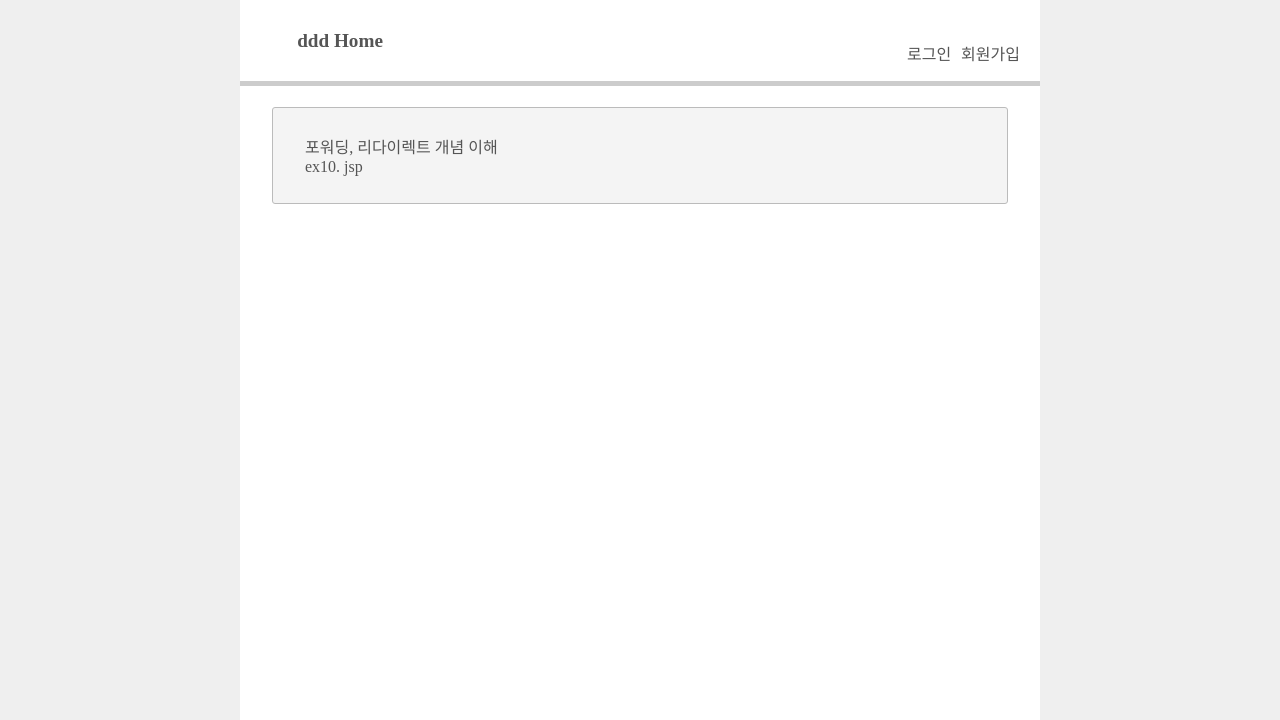
Repository: Deneb0000/JSP
Page: http://localhost/jspPro/days03/ex10.jsp
These files come from the project's save history. The page is drawn as it stood at one moment and after the next save; the edit follows.
The browser window is 1280 px wide. The pictures show the whole page.
Some web fonts or font styles are not loaded; a fallback is used. The page is served by Tomcat 9.

Above is the page before, as saved 2024-10-17 07:48:54.

After the next save:
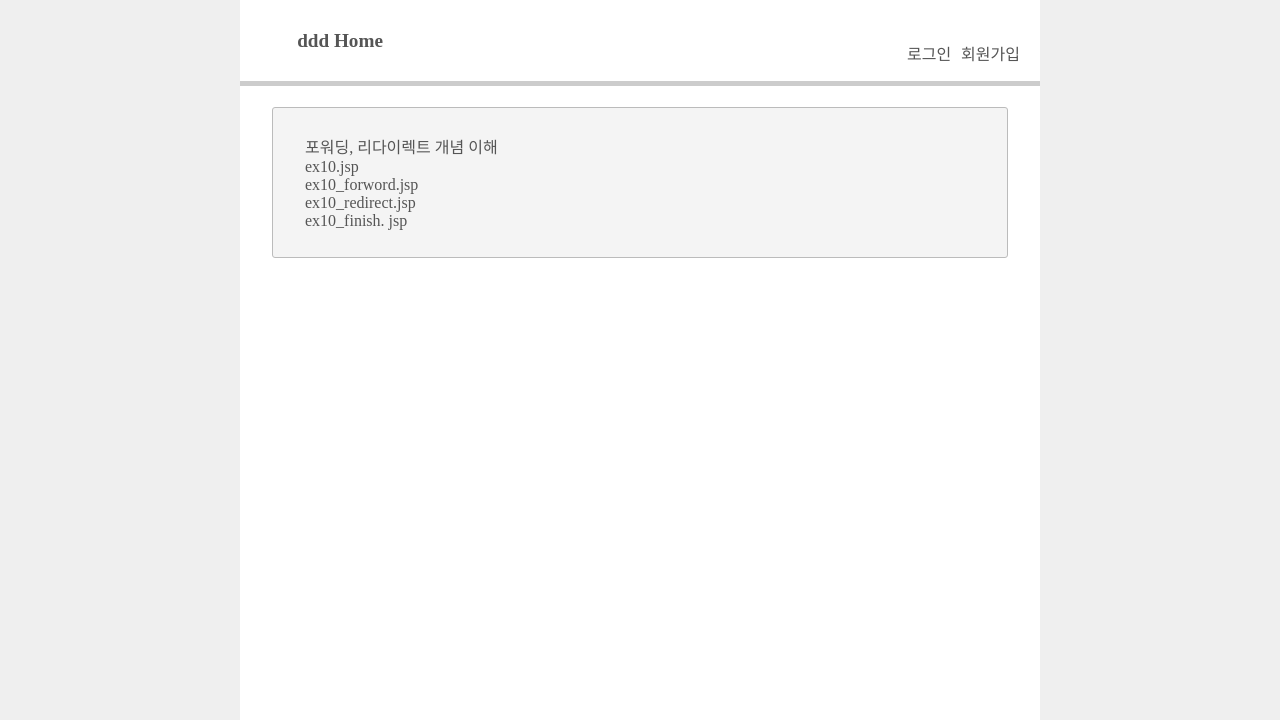
Saved 34 s later.
--- a/jspPro/src/main/webapp/days03/ex10.jsp
+++ b/jspPro/src/main/webapp/days03/ex10.jsp
@@ -27,7 +27,10 @@
 <div>
   <xmp class="code">
     포워딩, 리다이렉트 개념 이해
-    ex10. jsp
+    ex10.jsp
+    ex10_forword.jsp
+    ex10_redirect.jsp
+    ex10_finish. jsp
   </xmp>
 </div>
 </body>
